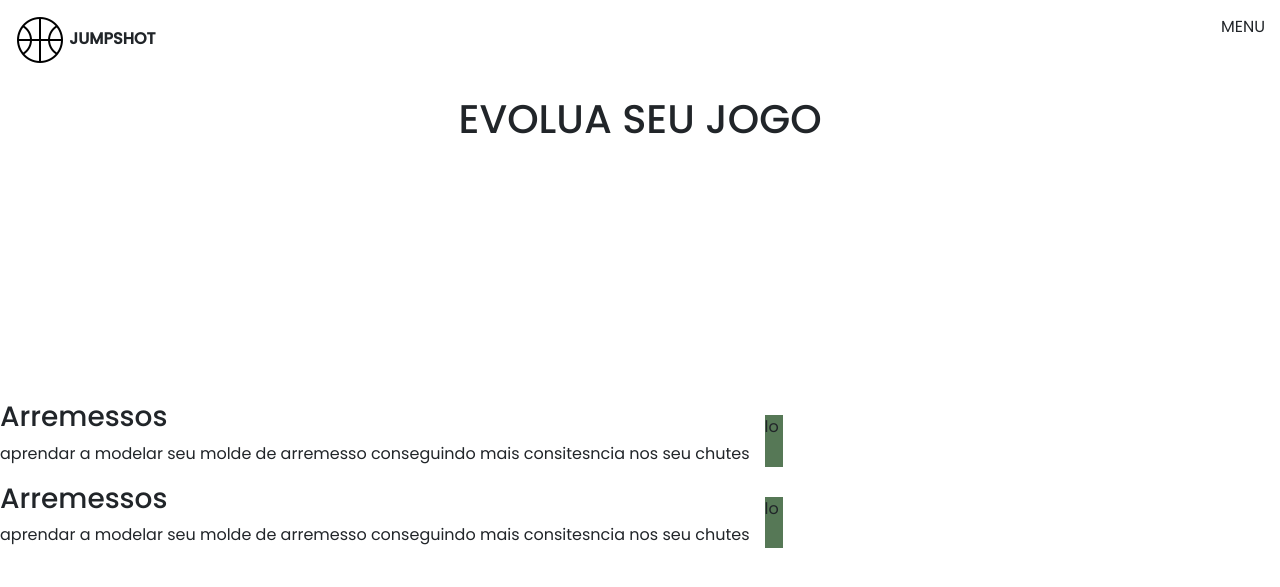
Repository: luisbisp/Jumpshot
Page: index.htm
These files come from the project's save history. The page is drawn as it stood at one moment and after the next save; the edit follows.
The browser window is 1280 px wide. The pictures show the whole page.

Above is the page before, as saved 2021-07-07 13:23:10.

After the next save:
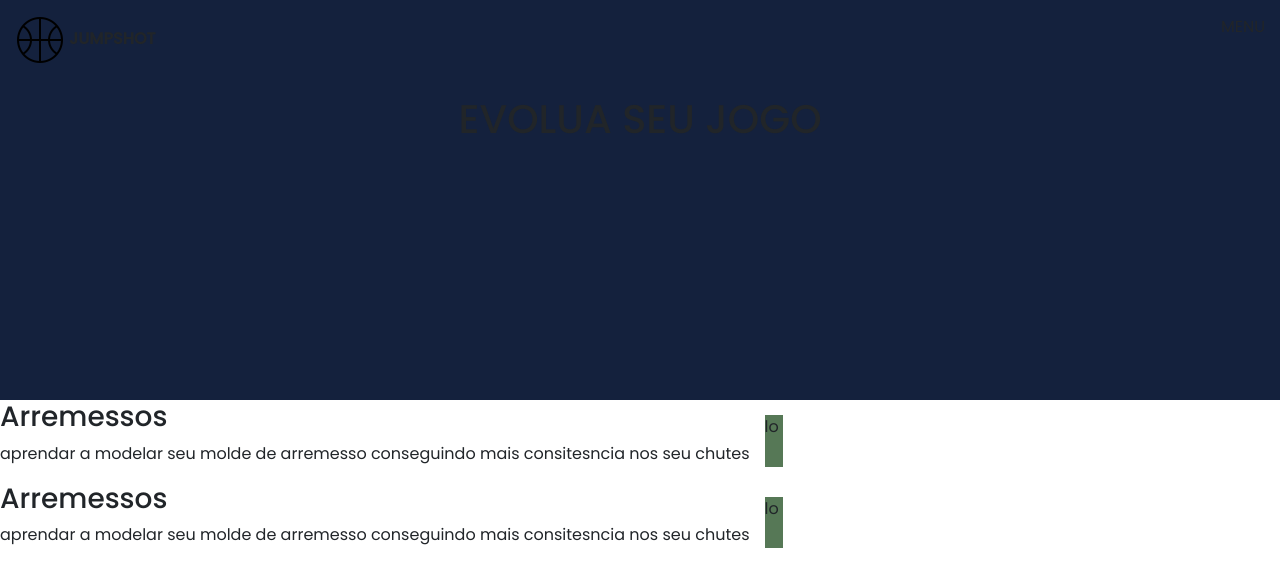
Saved 9 s later.
--- a/styles/styles.css
+++ b/styles/styles.css
@@ -2,7 +2,7 @@
     font-family: 'Poppins', sans-serif;
  }
  header {
-     background-color: 14213d;
+     background-color: #14213d;
      height: 400px;
  }
  .div-header{
